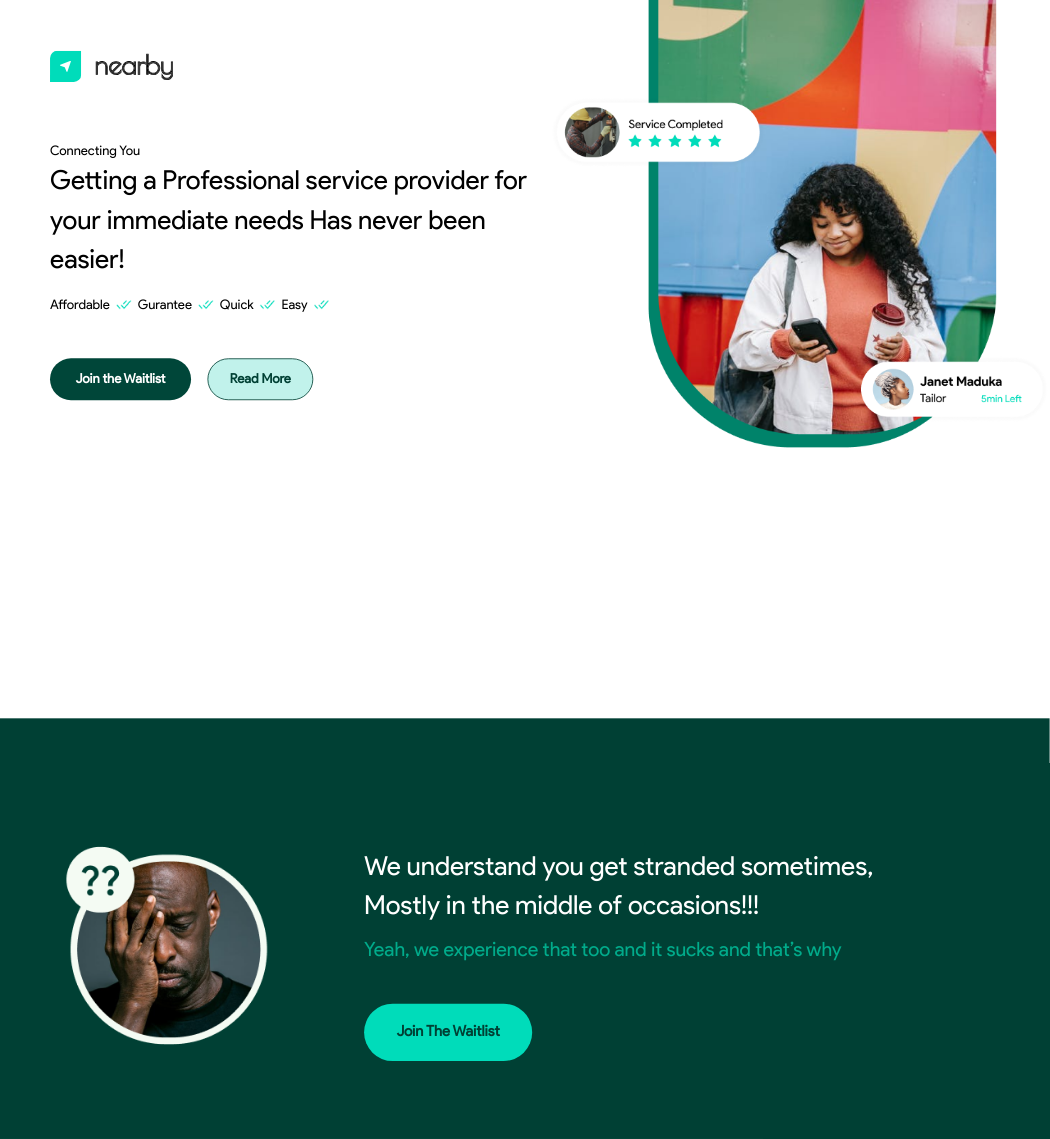
Repository: Eugene44-hub/Mearby
Page: /
These files come from the project's save history. The page is drawn as it stood at one moment and after a run of saves; the edit follows.
The browser window is 1280 px wide. The pictures show the whole page, at 82% of full size.
The project was rebuilt for these pictures with package versions that can differ from the ones it lists, and the page was loaded fresh each time.

Above is the page before, as saved 2022-04-30 07:25:44.

### src/App.tsx
import React from 'react';
import Hero from './components/hero/Hero';
import Nav from './components/nav/Nav';
import LandingPage from './pages/landing/LandingPage';

function App() {
  return (
   <>
<Nav/>
<LandingPage/>
</>

);
}

export default App;

### src/components/nav/Nav.tsx
import React from 'react';
import send from '../../assets/images/send.svg';
import nearby from '../../assets/images/nearby logo.svg';
import styles from "./Nav.module.css"
const Nav = () => {
	return (
		<nav className={`md:h-auto h-[96.57px] ${styles.nav} flex`}>
			<header className="m-auto block md:hidden">
				<div className="flex justify-center">
					<img
						src={send}
						className="bg-[#00DCBA] mr-[16.79px] p-3 rounded-tl-[8.91471px] rounded-br-[8.91471px]"
						alt="send"
					/>
					<img src={nearby} alt="send" />
				</div>
			</header>
		</nav>
	);
};

export default Nav;

### src/pages/landing/LandingPage.tsx
import React from 'react'
import Hero from '../../components/hero/Hero';
import Understand from '../../components/understand/Understand';
const LandingPage = () => {
  return (
    <>

    <Hero/>
    <Understand/>
    </>
  )
}

export default LandingPage

### src/components/nav/Nav.module.css
@media screen and (max-width:768px) {
    .nav{
/* display: none; */
/* bg-[#014034] */
background-color:#014034;
}
}

### src/components/hero/Hero.tsx
import React from 'react';
import styles from './Hero.module.css';
import checked from '../../assets/images/checked.png';
import heroImg from '../../assets/images/heroImg.png';
import send from '../../assets/images/send.svg';
import nearby from '../../assets/images/nearbyDark.svg';

const Hero = () => {
	const minorText: string[] = [ 'affordable', 'gurantee', 'quick', 'easy' ];
	return (
		<section className="container md:pl-[61px]">
			<div className={`${styles.container} md:flex justify-between`}>
				<div className={`${styles.heroContainer} mb-[3rem] flex flex-wrap md:w-[50%]`}>
					<div className="md:flex w-[20%] hidden mt-[62px] items-center">
						<img
							src={send}
							className="bg-[#00DCBA] w-[100%] mr-[16.79px] p-3 rounded-tl-[8.91471px] rounded-br-[8.91471px]"
							alt="send"
						/>
						<img src={nearby} alt="send" />
					</div>

					<div className="m-auto">
						<h2 className={` ${styles.connectHead} flex items-end md:h-[95.5px]`}>Connecting You</h2>
						<p className={`text-[2rem] ${styles.connectText}`}>
							Getting a Professional service provider for your immediate needs Has never been easier!
						</p>
					</div>

					<ul className={`${styles.connectList} mt-5 flex justify-between `}>
						{minorText.map((item, index) => (
							<li key={index} className="flex items-center capitalize mr-2">
								{item} <img src={checked} className="w-[18px] ml-2" alt="checked" />
							</li>
						))}
					</ul>

					<div className="w-[100%] md:pt-[53px] md:px-0 p-5">
						<button className="bg-[#004639] font-bold w-[172px] h-[51px] text-white mr-5 rounded-[50px]">
							Join the Waitlist
						</button>
						<button className="bg-[#C1F2EB] font-bold w-[129px] h-[51px] rounded-[50px] text-[#004034] border border-[#004034] capitalize">
							read more
						</button>
					</div>
				</div>
				<div className="md:w-[50%]">
					<img src={heroImg} className={styles.heroImg} alt="" />
				</div>
			</div>
		</section>
	);
};

export default Hero;
// wKcVoY0oBaK0dDUj5
// yX2Q8nskPsN4AjVkAPMBM

### src/components/understand/Understand.tsx
import React from 'react'
import understand from "../../assets/images/understand.png"
import WaitLight from "../../components/Buttons/WaitLight"
const Understand = () => {
  return (
    <div className='container bg-[#004034] md:pl-[61px] md:pr-[27px]'>
 <div className=' px-5 pt-[9.75rem] md:flex justify-center  relative mt-[20rem]'>

<img src={understand} className=" absolute block md:hidden translate-x-[-50%] left-[50%] top-[-20%]" alt="understand" />
<div className='md:block hidden mr-5'>
<img src={understand} className=" w-[100%]"alt="understand" />

</div>

<div className='md:w-[60%] mx-auto '>
<div>
<p className='text-[2rem] text-white'>
We understand you get stranded sometimes, Mostly in the middle of occasions!!!
</p>
<p className='mt-3 text-[1.5rem] text-[#01AB8B] '>
Yeah, we experience that too and it sucks and that’s why  </p>
</div>

<div className='pt-[3rem] pb-[5.938rem]'>
<WaitLight/>
</div>

</div>



  </div>
    </div>

  )
}

export default Understand

### src/components/hero/Hero.module.css
.container{
height: 812px;
background-image: url(../../assets/images/mobileHero.png);
background-repeat: no-repeat;
background-position: center;
background-size: 133% 100%;
}


.heroImg{
    display: none;
    width: 100%;
}
.heroContainer{
    /* background-color: black; */
    color: white;

}
.connectHead,.connectText,.connectList{
    padding: 20px;

}
@media screen and (min-width:600px) {
    .container{
    background-image:none;
    height: auto;
}
.connectHead{
    background-color: none;
}
.heroImg{
    display: block;
}
.connectHead{
    background-color: none;
}
.heroContainer{
    /* background-color: black; */
    color: black ;
}

}

@media screen and (min-width:768px) {
    .connectHead,.connectText,.connectList{
        padding: 0px;
    }

}


@media screen and (max-width:600px){
.connectHead{
    background-color: #004034;
}

}
/* .minorTxt{
} */
/* linear-gradient(rgba(0, 64, 52, 1), rgba(0, 57, 64, 0)) */
/* linear-gradient(rgba(0, 64, 52, 1),rgba(0, 64, 52, 1)) */

### src/components/Buttons/WaitLight.tsx
import React from 'react'
import styles from "./Button.module.css"

const Wait = () => {
  return (
    <button className={`${styles.light} capitalize`}>Join the waitlist</button>

  )
}

export default Wait

### src/components/Buttons/Button.module.css
    .light {
        background-color: #00DCBA;
        color: #004034;
        width: 205px;
        font-size: 1.125rem;
    }

    .dark {
        background-color: #004639;
        color: #004034;
        font-size: "1rem";
        width: 192px;
    }

    .light,
    .dark {
        height: 70px;
        border-radius: 50px;
        font-weight: bold;
    }

Loaded but not shown: public/index.html (common file); src/index.tsx (common file); src/index.css (common file); tailwind.config.js (common file)

After the next 2 saves:
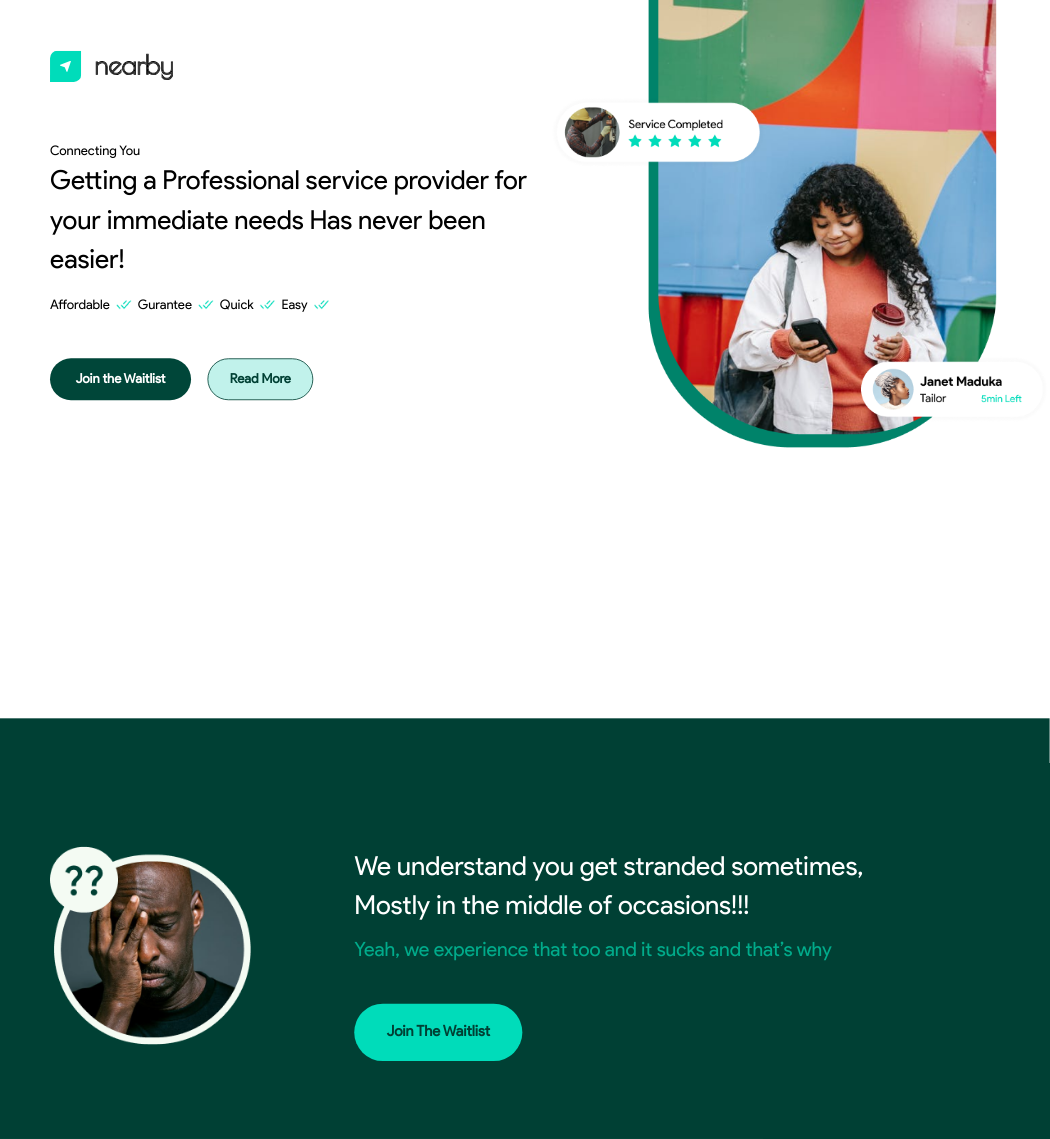
The 2 saves are shown as one change because they came seconds apart.
The last was saved 15 s later.
--- a/src/components/understand/Understand.tsx
+++ b/src/components/understand/Understand.tsx
@@ -4,7 +4,7 @@ import WaitLight from "../../components/Buttons/WaitLight"
 const Understand = () => {
   return (
     <div className='container bg-[#004034] md:pl-[61px] md:pr-[27px]'>
- <div className=' px-5 pt-[9.75rem] md:flex justify-center  relative mt-[20rem]'>
+ <div className='md:px-0 px-5 pt-[9.75rem] md:flex justify-center  relative mt-[20rem]'>
 
 <img src={understand} className=" absolute block md:hidden translate-x-[-50%] left-[50%] top-[-20%]" alt="understand" />
 <div className='md:block hidden mr-5'>
